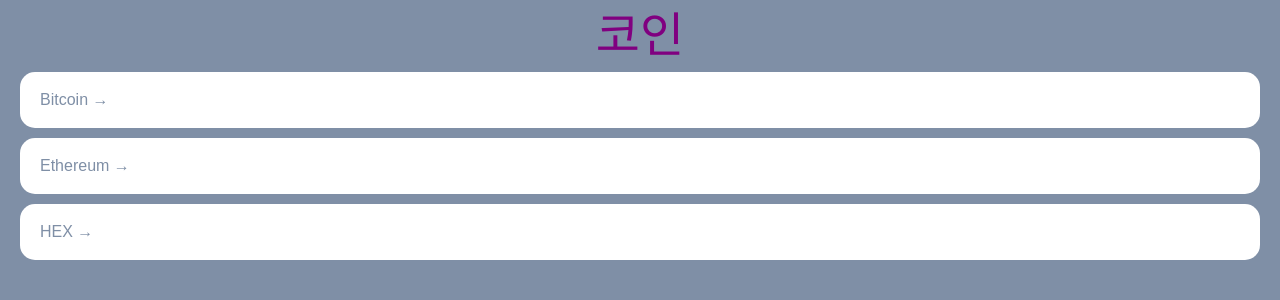
Repository: SeungYn/react-nomad
Page: / (app in cryptotracker/)
These files come from the project's save history. The page is drawn as it stood at one moment and after the next save; the edit follows.
The browser window is 1280 px wide. The pictures show the whole page.
The project was rebuilt for these pictures with package versions that can differ from the ones it lists, and the page was loaded fresh each time. Also part of the build but not shown: cryptotracker/src/routes/Coin.tsx.

Above is the page before, as saved 2023-01-04 12:50:16.

After the next save:
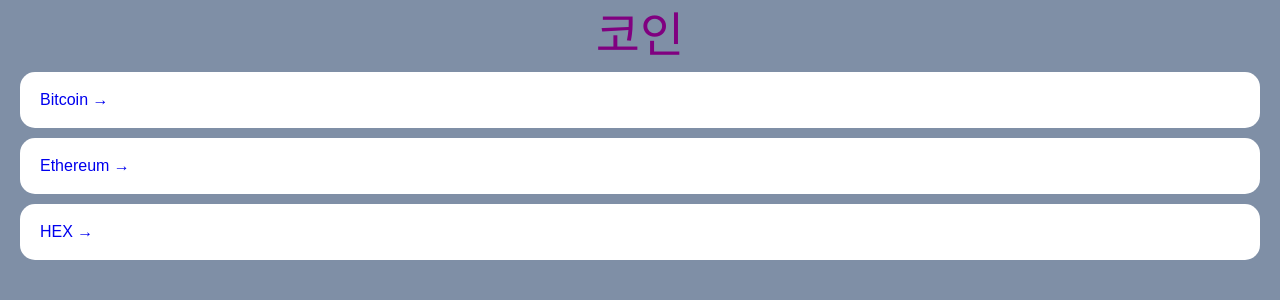
Saved 2 min 34 s later.
--- a/cryptotracker/src/routes/Coins.tsx
+++ b/cryptotracker/src/routes/Coins.tsx
@@ -1,3 +1,4 @@
+import { Link } from 'react-router-dom';
 import styled from 'styled-components';
 
 const Container = styled.div`
@@ -64,7 +65,9 @@
       </Header>
       <CoinsList>
         {coins.map((coin) => (
-          <Coin key={coin.id}>{coin.name} &rarr;</Coin>
+          <Coin key={coin.id}>
+            <Link>{coin.name} &rarr;</Link>
+          </Coin>
         ))}
       </CoinsList>
     </Container>
